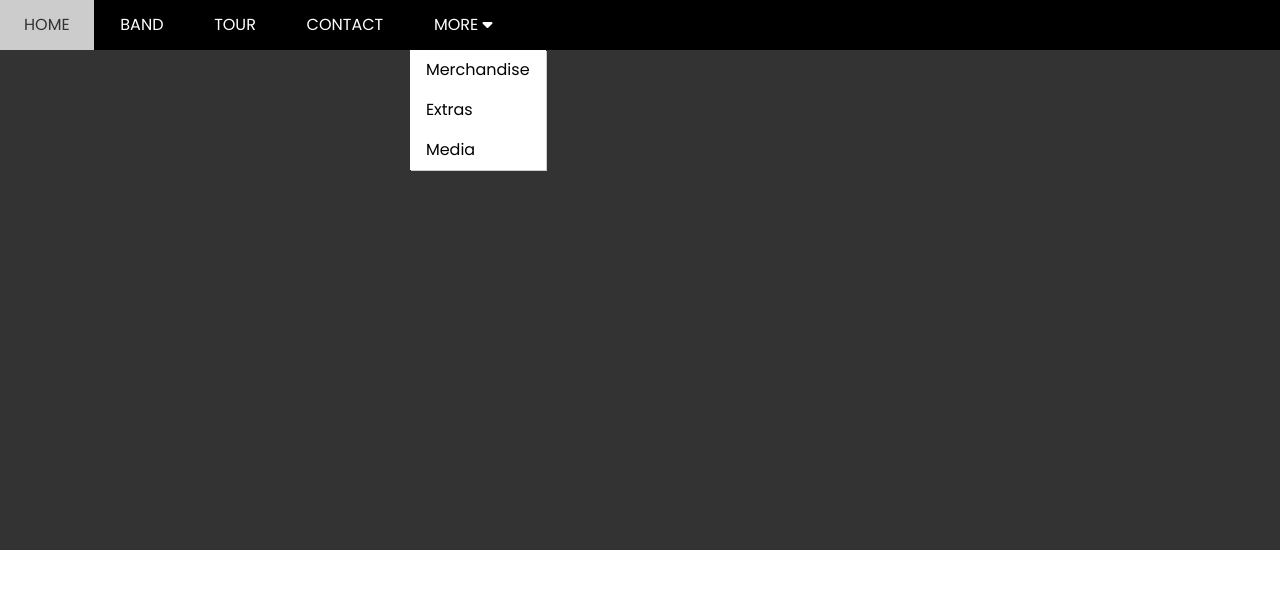
Repository: dptuyen1/the-band
Page: index.html
The author's editor kept a copy of each file at every save. The page is drawn from the files as they stood at one save, then again after the next save.
The browser window is 1280 px wide. The pictures show the whole page.

Above is the page before, as saved 2023-06-02 12:35:10.

### index.html
<!DOCTYPE html>
<html lang="en">
  <head>
    <meta charset="UTF-8" />
    <meta http-equiv="X-UA-Compatible" content="IE=edge" />
    <meta name="viewport" content="width=device-width, initial-scale=1.0" />
    <title>Document</title>
    <link rel="stylesheet" href="./assets/css/style.css" />
    <link
      rel="stylesheet"
      href="https://cdnjs.cloudflare.com/ajax/libs/font-awesome/6.4.0/css/all.min.css"
      integrity="sha512-iecdLmaskl7CVkqkXNQ/ZH/XLlvWZOJyj7Yy7tcenmpD1ypASozpmT/E0iPtmFIB46ZmdtAc9eNBvH0H/ZpiBw=="
      crossorigin="anonymous"
      referrerpolicy="no-referrer"
    />
  </head>
  <body>
    <div id="wrapper">
      <header id="header">
        <ul id="nav">
          <li><a href="#">HOME</a></li>
          <li><a href="#">BAND</a></li>
          <li><a href="#">TOUR</a></li>
          <li><a href="#">CONTACT</a></li>
          <li>
            <a href="#">
              MORE
              <i class="fa-solid fa-caret-down"></i>
            </a>
            <ul class="sub-nav">
              <li><a href="#">Merchandise</a></li>
              <li><a href="#">Extras</a></li>
              <li><a href="#">Media</a></li>
            </ul>
          </li>
        </ul>
      </header>
      <div id="slider"></div>
      <main id="content"></main>
      <footer id="footer"></footer>
    </div>
  </body>
  <script src="./assets/js/script.js"></script>
</html>

### assets/css/style.css
@import url("https://fonts.googleapis.com/css2?family=Poppins:wght@300;400;500;600;700&display=swap");

* {
  padding: 0;
  margin: 0;
  box-sizing: border-box;
}

html {
  font-size: 62.5%;
  font-family: "Poppins", sans-serif;
  scroll-behavior: smooth;
}

:root {
  --white: #fff;
  --black: #000;
  --text: #333;
}

#wrapper {
}
#header {
  height: 50px;
  background-color: var(--black);
}
#nav,
.sub-nav {
  list-style: none;
}
#nav li {
  display: inline-block;
  position: relative;
}

#nav li a {
  font-size: 1.6rem;
  text-decoration: none;
  line-height: 50px;
  padding: 0 24px;
  display: inline-block;
}

#nav > li > a {
  color: var(--white);
}

#nav li:hover > a {
  background-color: #ccc;
  color: var(--text);
}

#nav .sub-nav {
  /* display: none; */
  position: absolute;
  background-color: var(--white);
  box-shadow: 1px 1px 0px #ccc;
}

.sub-nav * {
  width: 100%;
}

#nav .sub-nav a {
  color: var(--black);
  padding: 0 16px;
  line-height: 40px;
}

#slider {
  min-height: 500px;
  background-color: var(--text);
}
#content {
}
#footer {
}

Loaded but not shown: assets/js/script.js (no copy from this time; the picture is the same without it)

After the next save:
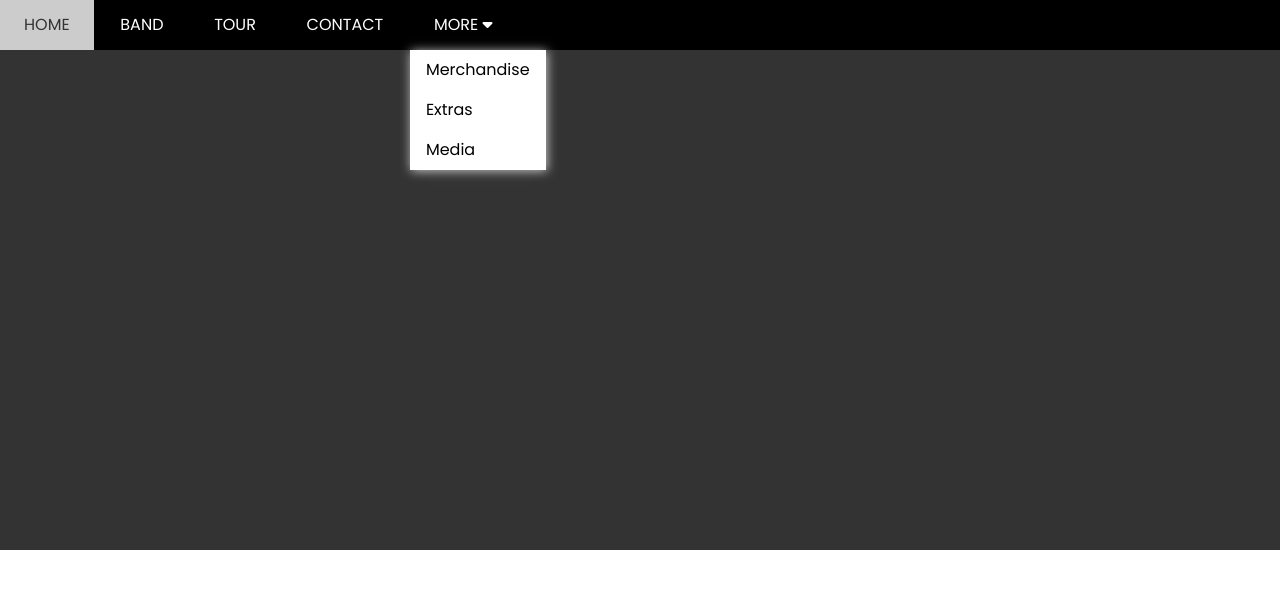
Saved 4 s later.
--- a/assets/css/style.css
+++ b/assets/css/style.css
@@ -54,7 +54,7 @@ html {
   /* display: none; */
   position: absolute;
   background-color: var(--white);
-  box-shadow: 1px 1px 0px #ccc;
+  box-shadow: 1px 1px 10px #ccc;
 }
 
 .sub-nav * {
